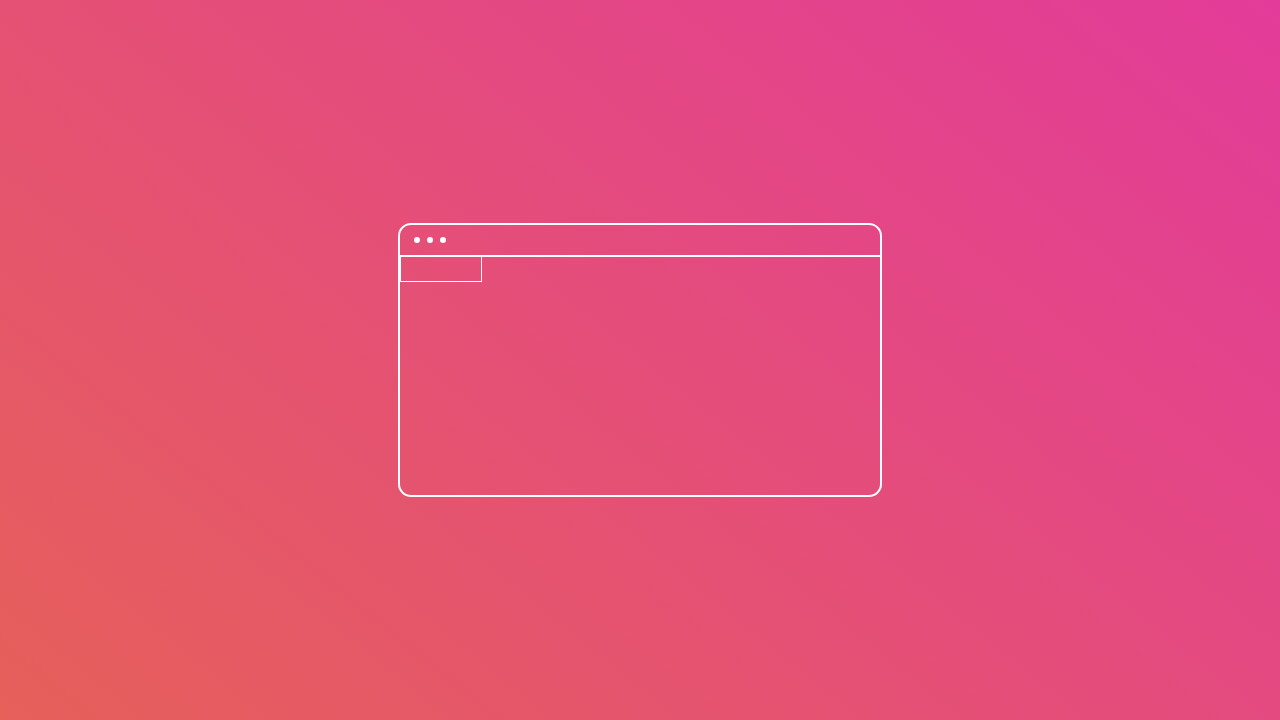
Repository: wrzonki/3d-css
Page: index.html
The author's editor kept a copy of each file at every save. The page is drawn from the files as they stood at one save, then again after the next save.
The browser window is 1280 px wide. The pictures show the whole page.
The style sheet was rebuilt from its Sass, Less or Tailwind sources for each picture, by a compiler version that may differ from the author's.

Above is the page before, as saved 2019-11-25 21:15:34.

### index.html
<!DOCTYPE html>
<html lang="en">
<head>
    <meta charset="UTF-8">
    <meta name="viewport" content="width=device-width, initial-scale=1.0">
    <meta http-equiv="X-UA-Compatible" content="ie=edge">
    <link rel="stylesheet" href="index.css">
    <title>Document</title>
</head>
<body>
    <div id="wrapper">
        <div id="device" class="desktop">
            <div class="nav">
                <div class="dots">
                    <div class="dot"></div>
                    <div class="dot"></div>
                    <div class="dot"></div>
                </div>
                <div class="tabs">
                    <div class="tab"></div>
                    <div class="tab"></div>
                    <div class="tab"></div>
                </div>
            </div>
        </div>
    </div>
</body>
</html>

### index.scss
body {
    margin: 0;
    padding: 0;
}

#wrapper {
    width: 100vw;
    height: 100vh;
    display: flex;
    justify-content: center;
    align-items: center;
    background: linear-gradient(219deg, #dc00ff, #ec9400);
    background-size: 400% 400%;
    -webkit-animation: AnimationName 13s ease infinite;
    -moz-animation: AnimationName 13s ease infinite;
    -o-animation: AnimationName 13s ease infinite;
    animation: AnimationName 13s ease infinite;
    @-webkit-keyframes AnimationName {
        0%{background-position:22% 0%}
        50%{background-position:79% 100%}
        100%{background-position:22% 0%}
    }
    @-moz-keyframes AnimationName {
        0%{background-position:22% 0%}
        50%{background-position:79% 100%}
        100%{background-position:22% 0%}
    }
    @-o-keyframes AnimationName {
        0%{background-position:22% 0%}
        50%{background-position:79% 100%}
        100%{background-position:22% 0%}
    }
    @keyframes AnimationName {
        0%{background-position:22% 0%}
        50%{background-position:79% 100%}
        100%{background-position:22% 0%}
    }
}


#device {
    border: 2px solid #fff;
    border-radius: 13px;
    position: relative;
    .nav {
        $height: 30px;
        width: 100%;
        height: $height;
        position: relative;
        border-bottom: 2px solid #fff;
        .dots {
            width: 40px;
            height: $height;
            display: flex;
            justify-content: space-around;
            align-items: center;
            margin-left: 10px;
            .dot {
                width: 6px;
                height: 6px;
                border-radius: 50%;
                background-color: #fff;
            }
        }
        .tabs {
            width: 80px;
            height: 25px;
            border: 1px solid #fff;
        }
    }

    $desktopRatioScale: 30px;
    $desktopWidth: 16 ;
    $desktopheight: 9;

    $tabletRatioScale: 80px;
    $tabletWidth: 3;
    $tabletheight: 4;

    $smartphoneRatioScale: 20px;
    $smartphoneWidth: 9;
    $smartphoneheight: 19.5;


    &.desktop {
        width: $desktopWidth * $desktopRatioScale;
        height: $desktopheight * $desktopRatioScale;
        .bar {
            top: 30px;
        }
    }
    &.tablet {
        width: $tabletWidth * $tabletRatioScale;
        height: $tabletheight * $tabletRatioScale;
    }
    &.smartphone {
        width: $smartphoneWidth * $smartphoneRatioScale;
        height: $smartphoneheight * $smartphoneRatioScale;
    }

}

After the next save:
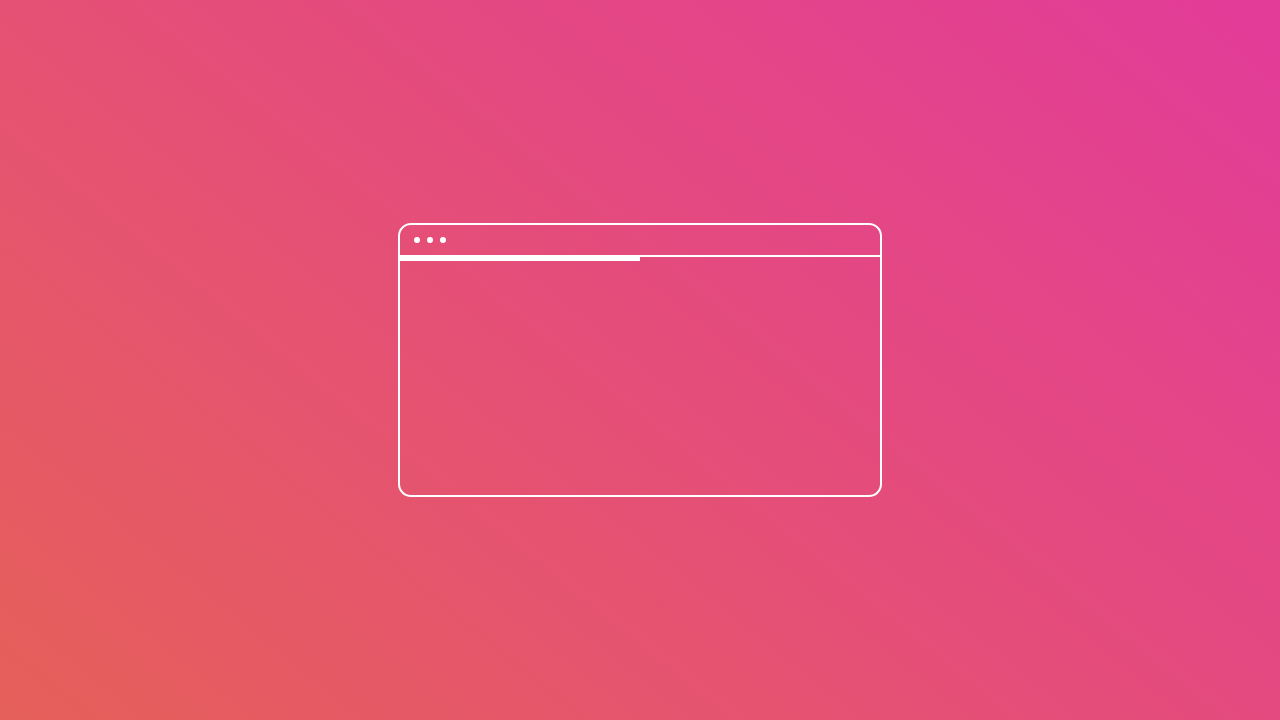
Saved 18 s later.
--- a/index.scss
+++ b/index.scss
@@ -63,8 +63,11 @@ body {
             }
         }
         .tabs {
-            width: 80px;
+            width: 80px * 3;
             height: 25px;
+        }
+        .tab {
+
             border: 1px solid #fff;
         }
     }
